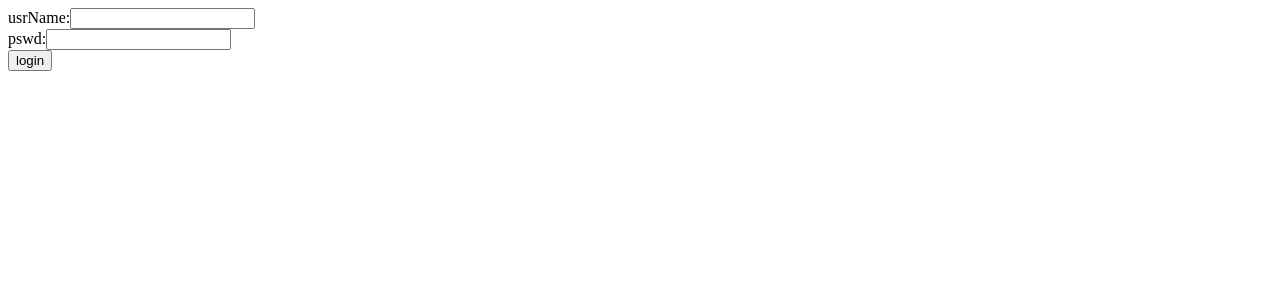
Repository: ILoveYourSis/cookcook
Page: serverls/cookserver/WebContent/login.html
The author's editor kept a copy of each file at every save. The page is drawn from the files as they stood at one save, then again after the next save.
The browser window is 1280 px wide. The pictures show the whole page.

Above is the page before, as saved 2017-05-16 10:14:51.

After the next save:
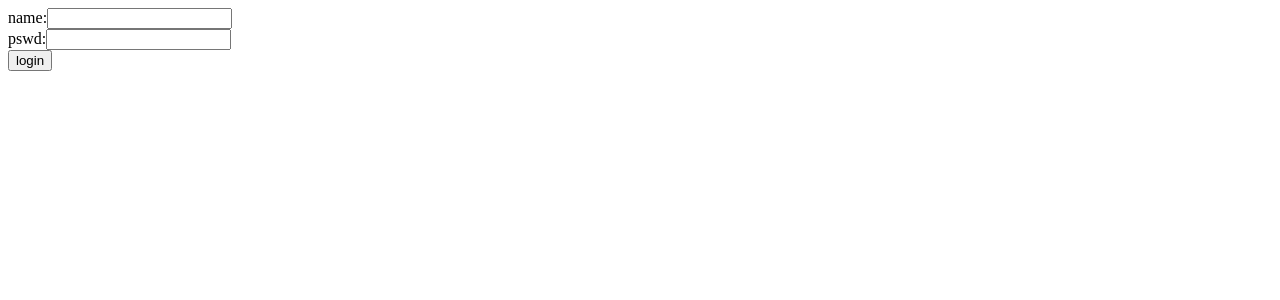
Saved 7 min 55 s later.
--- a/serverls/cookserver/WebContent/login.html
+++ b/serverls/cookserver/WebContent/login.html
@@ -6,7 +6,7 @@
 </head>
 <body>
     <form action = login method = pose>
-    usrName:<input type = text name = usrname><br>
+    name:<input type = text name = usrname><br>
     pswd:<input type = password name = pswd><br>
     <input type = submit value = login><br>
 </body>
